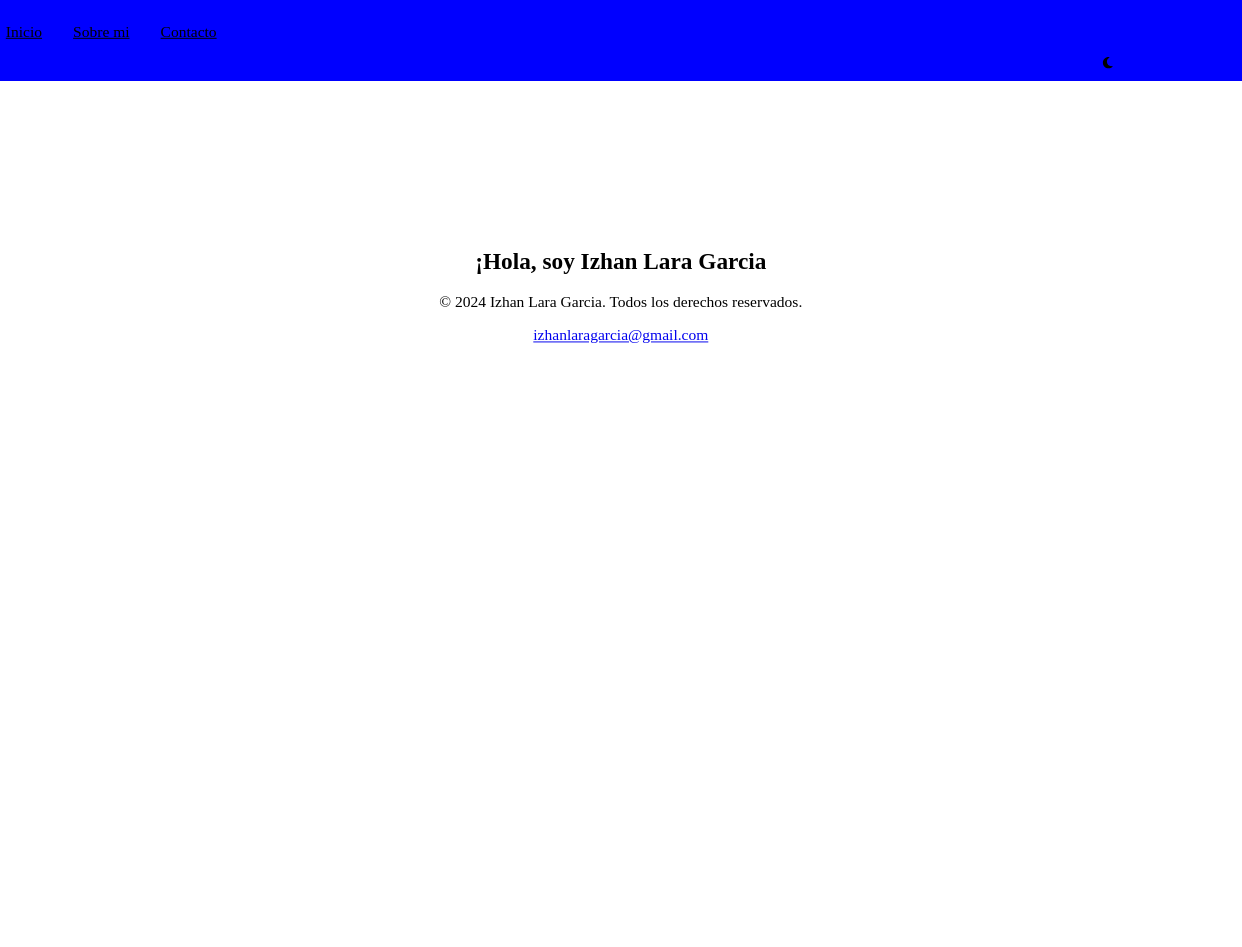
Repository: izhanlaraagarcia/izhanlaraagarcia.github.io
Page: / (app in vite-project/)
An editor plug-in stored every save of this project. The page is shown before and after the next save, followed by the edit.
The browser window is 1280 px wide. The pictures show the whole page, at 97% of full size.
The project was rebuilt for these pictures with package versions that can differ from the ones it lists, and the page was loaded fresh each time. Also part of the build but not shown: vite-project/vite.config.js, vite-project/src/Home/Styles/estilos.css, vite-project/src/Componentes-Generales/styles/banner.css, vite-project/src/pages/About/about.jsx, vite-project/src/pages/Contact/contact.jsx.

Above is the page before, as saved 2024-07-10 14:05:44.

### vite-project/index.html
<!doctype html>
<html lang="en">
  <head>
    <meta charset="UTF-8" />
    <meta name="viewport" content="width=device-width, initial-scale=1.0" />
    <title>Izhan Lara Garcia</title>
  </head>
  <body>
    <div id="root"></div>
    <script type="module" src="/src/main.jsx"></script>
  </body>
</html>

### vite-project/src/App.jsx
import React from 'react';
import { BrowserRouter as Router, Route, Routes } from 'react-router-dom';
import Menu from './Componentes-Generales/menu.jsx';
import Inicio from './Home/Inicio.jsx';
import About from './pages/About/about.jsx';
import Contact from './pages/Contact/contact.jsx';

class App extends React.Component {
  render() {
    return (
      <Router>
        <Menu />
        <Routes>
          <Route path="/" element={<Inicio />} />
          <Route path="/sobre-mi" element={<About />} />
          <Route path="/contacto" element={<Contact />} />
        </Routes>
      </Router>
    );
  }
}

export default App;

### vite-project/src/index.css
/* :root {
  font-family: Inter, system-ui, Avenir, Helvetica, Arial, sans-serif;
  line-height: 1.5;
  font-weight: 400;

  color-scheme: light dark;
  color: rgba(255, 255, 255, 0.87);
  background-color: #242424;

  font-synthesis: none;
  text-rendering: optimizeLegibility;
  -webkit-font-smoothing: antialiased;
  -moz-osx-font-smoothing: grayscale;
}

a {
  font-weight: 500;
  color: #646cff;
  text-decoration: inherit;
}

a:hover {
  color: #535bf2;
}



h1 {
  font-size: 3.2em;
  line-height: 1.1;
}

button {
  border-radius: 8px;
  border: 1px solid transparent;
  padding: 0.6em 1.2em;
  font-size: 1em;
  font-weight: 500;
  font-family: inherit;
  background-color: #1a1a1a;
  cursor: pointer;
  transition: border-color 0.25s;
}

button:hover {
  border-color: #646cff;
}

button:focus,
button:focus-visible {
  outline: 4px auto -webkit-focus-ring-color;
}

@media (prefers-color-scheme: light) {
  :root {
    color: #213547;
    background-color: #ffffff;
  }

  a:hover {
    color: #747bff;
  }

  button {
    background-color: #f9f9f9;
  }
} */

body {
  right: 0;
  margin: 0%;
  width: 100%;
  margin-top: 20%;
  text-align: center;
  min-width: 320px;
  min-height: 100vh;
}

### vite-project/src/Componentes-Generales/menu.jsx
import React from "react";
import { Link } from "react-router-dom";
import "./styles/menu.css";

import TemaComponent from "./thema";

class Menu extends React.Component {
  render() {
    return (
      <header>
        <nav>
          <ul>
            <li>
              <Link to="/">Inicio</Link>
            </li>
            <li>
              <Link to="/sobre-mi">Sobre mi</Link>
            </li>
            <li>
              <Link to="/contacto">Contacto</Link>
            </li>
            <li>
              <TemaComponent/>
            </li>
          </ul>
        </nav>
      </header>
    );
  }
}

export default Menu;

### vite-project/src/Home/Inicio.jsx
import React from "react";
import "./Styles/estilos.css";

import Banner from '../Componentes-Generales/banner'
import Footer from '../Componentes-Generales/footer'


class Inicio extends React.Component {
  render() {
    return (
      // Pequeña presentacion para el inicio
      <>
        <Banner /><Footer /></>
    );
  }
}

export default Inicio;

### vite-project/src/Componentes-Generales/styles/menu.css
nav {
    top: 0;
    right: 0;
    margin: 0%;
    padding: 10px;
    position: fixed;
    width: 100%;

    background-color: blue;
}

nav ul {
    list-style-type: none;
    padding: 0;
    margin: 0;
}

nav a {
    float: left;
    display: block;
    color: black;
    text-align: center;
    padding: 14px 16px;
}

nav ul li a:hover {
    background-color: aliceblue;
}

.blackbutton {
    background: unset;
    border: none;
    cursor: pointer;
}

### vite-project/src/Componentes-Generales/thema.jsx
import React, { useState } from 'react';
import { FontAwesomeIcon } from '@fortawesome/react-fontawesome';
import { faSun, faMoon } from '@fortawesome/free-solid-svg-icons';

const TemaComponent = () => {
  const [dark, setDark] = useState(false);

  const handleClick = () => {
    if (dark) {
      document.body.style.backgroundColor = "white";
      setDark(false);
    } else {
      document.body.style.backgroundColor = "darkgrey";
      setDark(true);
    }
  };

  return (
    <button
      id="tema"
      style={{ cursor: 'pointer', background: 'none', border: 'none', outline: 'none' , marginLeft: '80%'}}
      onClick={handleClick}
      aria-label={dark ? 'Cambiar al modo claro' : 'Cambiar al modo oscuro'}
    >
      <FontAwesomeIcon icon={dark ? faSun : faMoon} style={{ color: dark ? 'black' : 'inherit' }} />
    </button>
  );
};

export default TemaComponent;

### vite-project/src/Componentes-Generales/banner.jsx
import React from "react";
import "./styles/banner.css";

class Banner extends React.Component {
  render() {
    return (
      <div>
        <section id="welcome">
          <h1>¡Hola, soy Izhan Lara Garcia</h1>
        </section>
      </div>
    );
  }
}

export default Banner;

### vite-project/src/Componentes-Generales/footer.jsx
import React from "react";
import './styles/footer.css'


class Footer extends React.Component{
    render(){
        return (
            <footer id="footer">
            <p>© 2024 Izhan Lara Garcia. Todos los derechos reservados.</p>
            <a href="mailto:izhanlaragarcia@gmail.com">izhanlaragarcia@gmail.com</a>
          </footer>
        )
    }
}

export default Footer;

### vite-project/src/Componentes-Generales/styles/footer.css
footer{
    position: relative;
    text-decoration: none;
}

footer a:hover{
    text-decoration: underline;
}

Loaded but not shown: vite-project/src/main.jsx (common file)

After the next save:
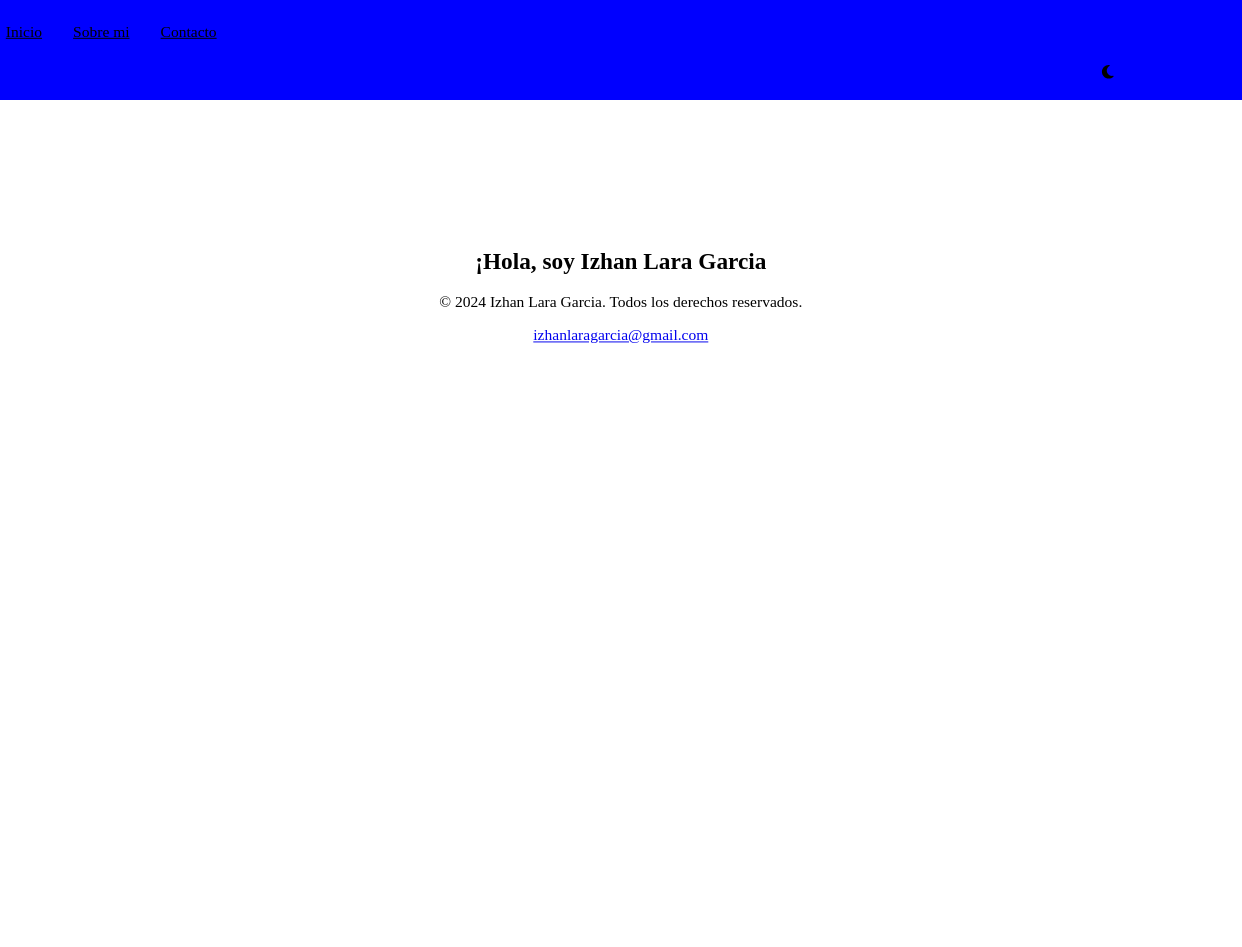
Saved 37 s later.
--- a/vite-project/src/index.css
+++ b/vite-project/src/index.css
@@ -74,4 +74,17 @@
   text-align: center;
   min-width: 320px;
   min-height: 100vh;
+
 }
+
+button {
+  border-radius: 8px;
+  border: 1px solid transparent;
+  padding: 0.6em 1.2em;
+  font-size: 1em;
+  font-weight: 500;
+  font-family: inherit;
+  background-color: #1a1a1a;
+  cursor: pointer;
+  transition: border-color 0.25s;
+}

After the save that followed:
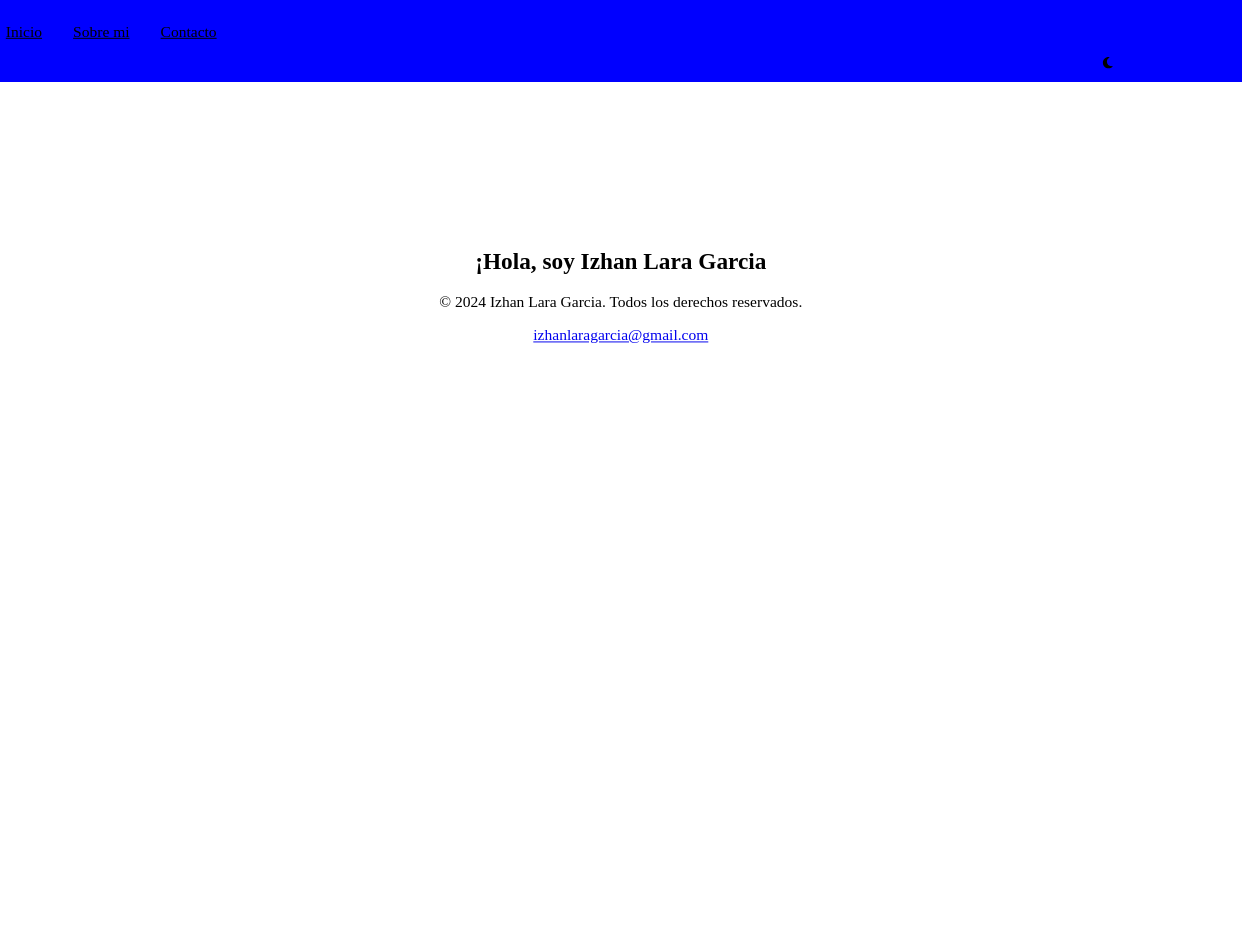
Saved 7 s later.
--- a/vite-project/src/index.css
+++ b/vite-project/src/index.css
@@ -76,15 +76,3 @@
   min-height: 100vh;
 
 }
-
-button {
-  border-radius: 8px;
-  border: 1px solid transparent;
-  padding: 0.6em 1.2em;
-  font-size: 1em;
-  font-weight: 500;
-  font-family: inherit;
-  background-color: #1a1a1a;
-  cursor: pointer;
-  transition: border-color 0.25s;
-}
